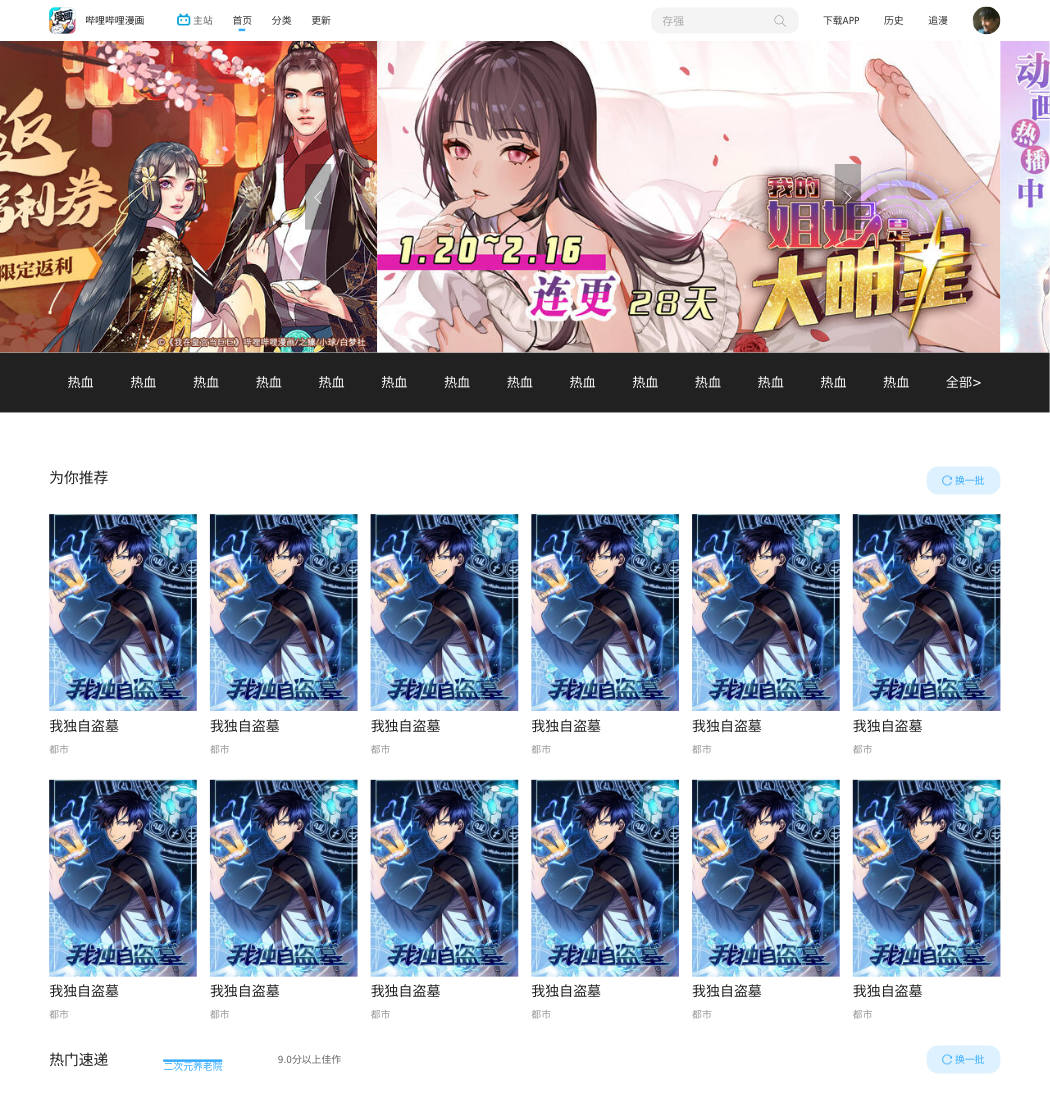
Repository: Boringlemonn/new-Year
Page: index.html
The author's editor kept a copy of each file at every save. The page is drawn from the files as they stood at one save, then again after the next save.
The browser window is 1280 px wide. The pictures show the whole page, at 82% of full size.
The pointer rests on the first visible `.hot .left a`.

Above is the page before, as saved 2023-01-15 15:52:24.

### index.html
<!DOCTYPE html>
<html lang="en">

<head>
    <meta charset="UTF-8">
    <meta http-equiv="X-UA-Compatible" content="IE=edge">
    <meta name="viewport" content="width=device-width, initial-scale=1.0">
    <title>哔哩哔哩漫画 - bilibili 正版漫画平台</title>
    <link rel="shortcut icon" href="favicon.ico" type="image/x-icon">
    <!-- 引入初始化文件 -->
    <link rel="stylesheet" href="./css/base.css">
    <!-- 引入字体图标 -->
    <link rel="stylesheet" href="./font/iconfont.css">
    <!-- 引入页面css样式 -->
    <link rel="stylesheet" href="./css/index.css">

</head>

<body>
    <!-- 顶部导航 -->
    <nav class="w nav">
        <!-- logo -->
        <a href="#" class="nav-left">
            <h1><img src="./images/logo.png" alt=""></h1>
            哔哩哔哩漫画
        </a>
        <!-- 中间部分 -->
        <ul class="nav-container">
            <li>
                <a href="#"><img src="./images/bilibili.png" alt="">
                主站</a>
            </li>
            <li>首页
                <div class="nav-active"></div>
            </li>
            <li>分类</li>
            <li>更新</li>
        </ul>
        <!-- user -->
        <div class="nav-user">
            <!-- 搜索 -->
            <div class="nav-search">
                <input type="text" value="存强">
                <i class="iconfont icon-41"></i>
            </div>
            <!-- 用户部分 -->
            <ul>
                <li><a href="#">下载APP</a></li>
                <li><a href="#">历史</a></li>
                <li><a href="#">追漫</a></li>
                <li><a href="#"><img src="./uploads/user_avatar.jpg" alt=""></a></li>
            </ul>
        </div>
    </nav>
    <!-- 轮播图 -->
    <div class="slider">
        <!-- 图片 -->
        <ul>
            <li>
                <a href="#">
                    <img src="./uploads/banner_01.jpg" alt=""></a>
            </li>
            <li>
                <a href="#"><img src="./uploads/banner_02.jpg" alt=""></a>
            </li>
            <li>
                <a href="#"><img src="./uploads/banner_03.jpg" alt=""></a>
            </li>
        </ul>
        <!-- 按钮 -->
    </div>
    <!-- 类型 -->
    <div class="type">
        <ul class="w">
            <li><a href="#">热血</a></li>
            <li><a href="#">热血</a></li>
            <li><a href="#">热血</a></li>
            <li><a href="#">热血</a></li>
            <li><a href="#">热血</a></li>
            <li><a href="#">热血</a></li>
            <li><a href="#">热血</a></li>
            <li><a href="#">热血</a></li>
            <li><a href="#">热血</a></li>
            <li><a href="#">热血</a></li>
            <li><a href="#">热血</a></li>
            <li><a href="#">热血</a></li>
            <li><a href="#">热血</a></li>
            <li><a href="#">热血</a></li>
            <li><a href="#">全部></a></li>
        </ul>
    </div>
    <!-- 为你推荐 -->
    <div class="recommend w">
        <!-- 标题部分 -->
        <div class="title">
            <h2>为你推荐</h2>
            <div class="change">
                <img src="./images/refresh.png" alt="">
                <a href="#">换一批</a>
            </div>
        </div>
        <!-- 图片部分 -->
        <ul class="rec-item">
            <li>
                <a href="#">
                    <img src="./uploads/recommend_01.jpg" alt="">
                    <h4>我独自盗墓</h4>
                    <p>都市</p>
                </a>
            </li>
            <li>
                <a href="#">
                    <img src="./uploads/recommend_01.jpg" alt="">
                    <h4>我独自盗墓</h4>
                    <p>都市</p>
                </a>
            </li>
            <li>
                <a href="#">
                    <img src="./uploads/recommend_01.jpg" alt="">
                    <h4>我独自盗墓</h4>
                    <p>都市</p>
                </a>
            </li>
            <li>
                <a href="#">
                    <img src="./uploads/recommend_01.jpg" alt="">
                    <h4>我独自盗墓</h4>
                    <p>都市</p>
                </a>
            </li>
            <li>
                <a href="#">
                    <img src="./uploads/recommend_01.jpg" alt="">
                    <h4>我独自盗墓</h4>
                    <p>都市</p>
                </a>
            </li>
            <li>
                <a href="#">
                    <img src="./uploads/recommend_01.jpg" alt="">
                    <h4>我独自盗墓</h4>
                    <p>都市</p>
                </a>
            </li>
            <li>
                <a href="#">
                    <img src="./uploads/recommend_01.jpg" alt="">
                    <h4>我独自盗墓</h4>
                    <p>都市</p>
                </a>
            </li>
            <li>
                <a href="#">
                    <img src="./uploads/recommend_01.jpg" alt="">
                    <h4>我独自盗墓</h4>
                    <p>都市</p>
                </a>
            </li>
            <li>
                <a href="#">
                    <img src="./uploads/recommend_01.jpg" alt="">
                    <h4>我独自盗墓</h4>
                    <p>都市</p>
                </a>
            </li>
            <li>
                <a href="#">
                    <img src="./uploads/recommend_01.jpg" alt="">
                    <h4>我独自盗墓</h4>
                    <p>都市</p>
                </a>
            </li>
            <li>
                <a href="#">
                    <img src="./uploads/recommend_01.jpg" alt="">
                    <h4>我独自盗墓</h4>
                    <p>都市</p>
                </a>
            </li>
            <li>
                <a href="#">
                    <img src="./uploads/recommend_01.jpg" alt="">
                    <h4>我独自盗墓</h4>
                    <p>都市</p>
                </a>
            </li>
        </ul>
    </div>
    <!-- 热门速递 -->
    <div class="hot w">
        <div class="title">
            <div class="left">
                <h2>热门速递</h2>
                <a href="#">二次元养老院</a>
                <a href="#">9.0分以上佳作</a>
            </div>
            <div class="change">
                <img src="./images/refresh.png" alt="">
                <a href="#">换一批</a>
            </div>
        </div>
    </div>
    <!-- 都市生活 -->
    <!-- 奇幻异界  -->
    <!-- 古风恋爱 -->
    <!-- 底部   -->
</body>

</html>

### css/base.css
/* 把我们所有标签的内外边距清零 */
* {
    margin: 0;
    padding: 0;
    /* css3盒子模型 */
    box-sizing: border-box;
}
/* em 和 i 斜体的文字不倾斜 */
em,
i {
    font-style: normal
}
/* 去掉li 的小圆点 */
li {
    list-style: none
}

img {
    /* border 0 照顾低版本浏览器 如果 图片外面包含了链接会有边框的问题 */
    border: 0;
    /* 取消图片底侧有空白缝隙的问题 */
    vertical-align: middle
}

button {
    /* 当我们鼠标经过button 按钮的时候，鼠标变成小手 */
    cursor: pointer
}

a {
    color: #666;
    text-decoration: none
}

a:hover {
    color: #333;
}

button,
input {
    /* "\5B8B\4F53" 就是宋体的意思 这样浏览器兼容性比较好 */
    font-family: Microsoft YaHei, Heiti SC, tahoma, arial, Hiragino Sans GB, "\5B8B\4F53", sans-serif;
    /* 默认有灰色边框我们需要手动去掉 */
    border: 0;
    outline: none;
}

body {
    /* CSS3 抗锯齿形 让文字显示的更加清晰 */
    -webkit-font-smoothing: antialiased;
    background-color: #fff;
    font: 12px/1.5 Microsoft YaHei, Heiti SC, tahoma, arial, Hiragino Sans GB, "\5B8B\4F53", sans-serif;
    color: #666
}

.hide,
.none {
    display: none
}
/* 清除浮动 */
.clearfix:after {
    visibility: hidden;
    clear: both;
    display: block;
    content: ".";
    height: 0
}

.clearfix {
    *zoom: 1
}

### font/iconfont.css
@font-face {
  font-family: "iconfont"; /* Project id 3466328 */
  src: url('iconfont.woff2?t=1655261485560') format('woff2'),
       url('iconfont.woff?t=1655261485560') format('woff'),
       url('iconfont.ttf?t=1655261485560') format('truetype');
}

.iconfont {
  font-family: "iconfont" !important;
  font-size: 16px;
  font-style: normal;
  -webkit-font-smoothing: antialiased;
  -moz-osx-font-smoothing: grayscale;
}

.icon-41:before {
  content: "\e62b";
}

.icon-31shuaxin:before {
  content: "\e600";
}

.icon-xiangyoujiantou:before {
  content: "\e65f";
}

.icon-xiangzuojiantou:before {
  content: "\e660";
}

.icon-ai-top:before {
  content: "\e65a";
}

### css/index.css
/* 版心 */
.w{
    width: 1160px;
    margin: 0 auto;

}
/* nav */
.nav{
    display: flex;
    justify-content: space-between;
    height: 50px;
}
.nav-left{
    display: flex;
    justify-content: space-between;
    align-items: center;
    color: #212121;
}
.nav-left h1 img{
    width: 32px;
    height: 32px;
    margin-right: 12px;
}
.nav-container{
    display: flex;
    flex: 1;
    align-items: center;
    margin-left: 40px;
}
.nav-container img{
    width: 16px;
    height: 16px;
    vertical-align:top;
}
.nav-container li{
    position: relative;
    margin-right: 24px;
    color: #333;
    font-size: 12px;
}
.nav-container li:hover{
    color: #32aaff;
}
.nav-active{
    position: absolute;
    bottom: -4px;
    left: 8px;
    width: 8px;
    height: 3px;
    background-color: #32aaff;
}

.nav-user,.nav-user ul{
    display: flex;
    justify-content: space-between;
    align-items: center;
}
.nav-search{
    position: relative;
}
.nav-search input{
    border-radius: 12px;
    padding-left: 14px;
    width: 180px;
    height: 32px;
    background-color: #f4f4f4;
    color: #aaa;
}
.nav-search i{
    position: absolute;
    right: 14px;
    top: 3px;
}
.nav-user ul li a{
    margin-left: 30px;
    color: #333;
}
.nav-user ul li:last-child img{
    width: 34px;
    height: 34px;
    border-radius: 50%;
}

/* 轮播图 */
.slider{
    position: relative;
    overflow-x: hidden;
}
.slider ul{
    width: 200%;
}
.slider ul li{
    float: left;
    display: flex;
    transform: translateX(-300px);
}
.slider::after{
    display: block;
    position: absolute;
    top: 150px;
    left: 372px;
    content: '\e660';
    font-family: 'iconfont';
    width: 32px;
    height: 80px;
    background-color: rgba(0,0,0,.3);
    line-height: 80px;
    text-align: center;
    font-size: 18px;
    color: #fff;
    cursor: pointer;
}
.slider::before{
    display: block;
    position: absolute;
    z-index: 2;
    top: 150px;
    right: 230px;
    content: '\e65f';
    font-family: 'iconfont';
    width: 32px;
    height: 80px;
    background-color: rgba(0,0,0,.3);
    line-height: 80px;
    text-align: center;
    font-size: 18px;
    color: #fff;
    cursor: pointer;
}

/* 类型 */
.type{
    background-color: #212121;
    height: 73px;
    line-height: 73px;
    margin-bottom: 66px;
}
.type ul{
    display: flex;
    flex-direction: row;
    justify-content: space-around;
}
.type ul li a{
    color: #fff;
    font-size: 16px;
}
.type ul li a:hover{
    color: #32aaff;
}
/* 为你推荐 */
.title{
    display: flex;
    justify-content: space-between;
    margin-bottom: 24px;
}
.title h2{
    font-size: 32 px;
    font-weight: 400;
    color: #212121;
}
.title .change{
    display: flex;
    justify-content: center;
    align-items: center;
    width: 90px;
    height: 34px;
    background-color: #def1ff;
    border-radius: 14px;
}
.title .change img{
    width: 12px;
    height: 12px;
    margin-right: 3px;
}
.title .change a{
    color: #32aaff;
}
/* 为你推荐--图片列表部分 */
.rec-item{
    display: flex;
    flex-wrap: wrap;
}
.rec-item li {
    margin-right: 16px;
    margin-bottom: 28px;
}
.rec-item li a{
    display: flex;
    flex-direction: column;
    justify-content: space-between;
    width: 180px;
    height: 296px;
}
.rec-item li:nth-child(6n){
    margin-right: 0px;
}
.rec-item li img{
    height: 240px;
}
.rec-item li h4{
    font-size: 17px;
    font-weight: 400;
    color: #212121;
}
.rec-item li p{
    color: #999;
}
/* 热门速递 */
.hot .left{
    display: flex;
    justify-content: space-between;
    align-items: center;
    width: 356px;
}
.hot .left a:hover{
    height: 3px;
    padding-top: 2px;
    color: #32aaff;
    border-bottom: 3px solid #32aaff;
}

After the next save:
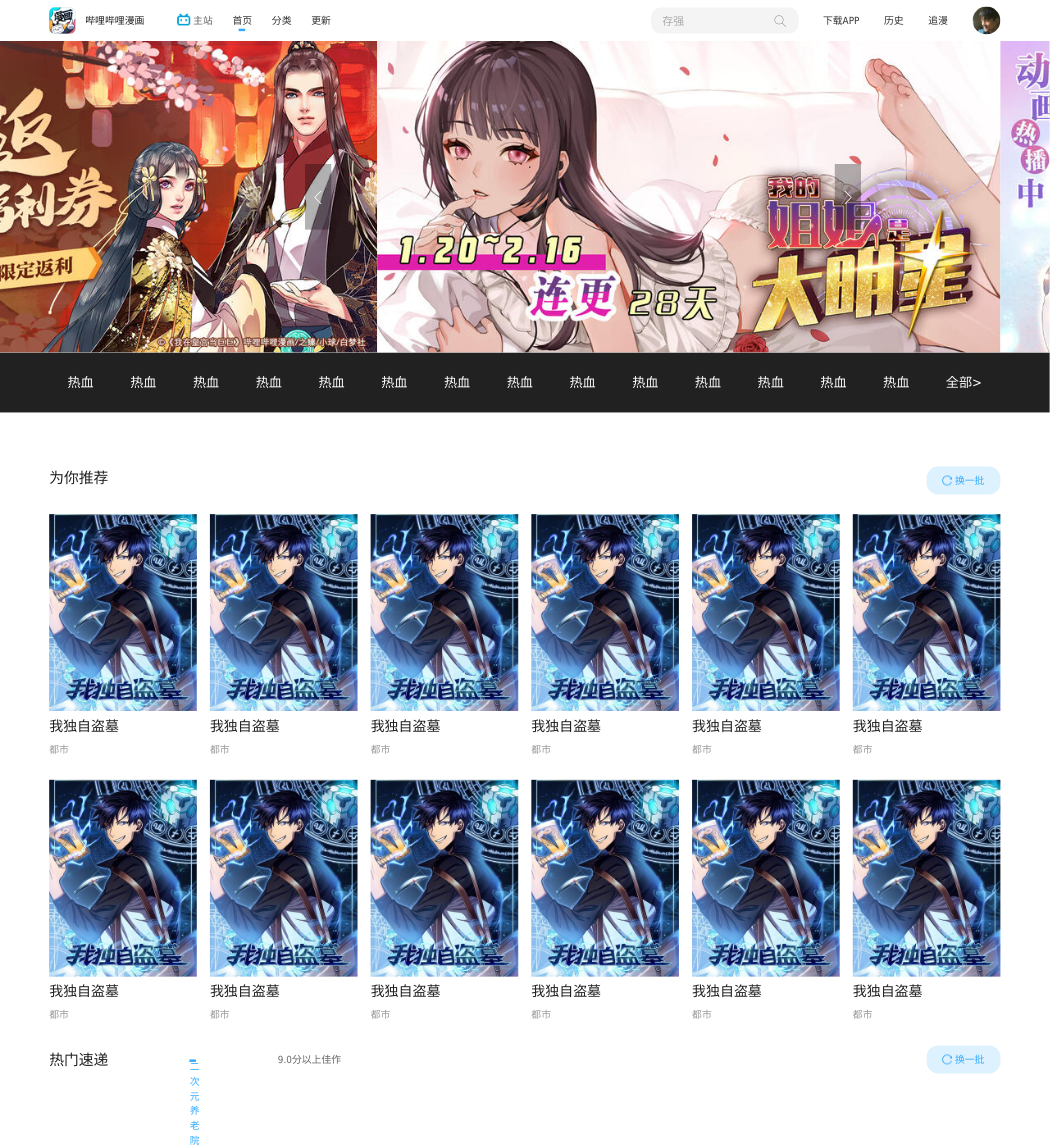
Saved 6 s later.
--- a/css/index.css
+++ b/css/index.css
@@ -214,6 +214,7 @@
 }
 .hot .left a:hover{
     height: 3px;
+    width: 8px;
     padding-top: 2px;
     color: #32aaff;
     border-bottom: 3px solid #32aaff;
